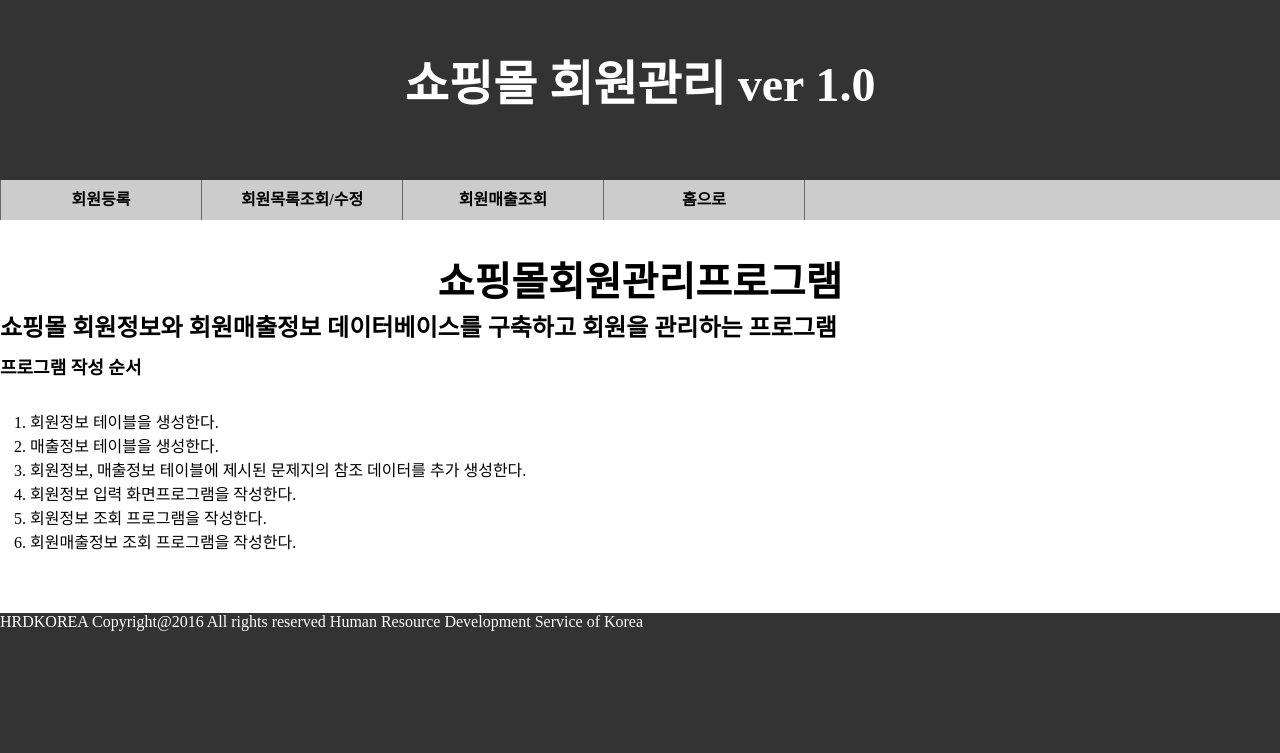
Repository: jsky1234/NCS
Page: http://localhost/HRD_1/admin.jsp
These files come from the project's save history. The page is drawn as it stood at one moment and after the next save; the edit follows.
The browser window is 1280 px wide. The pictures show the whole page.
The page is served by Tomcat 9.

Above is the page before, as saved 2020-11-09 02:39:53.

After the next save:
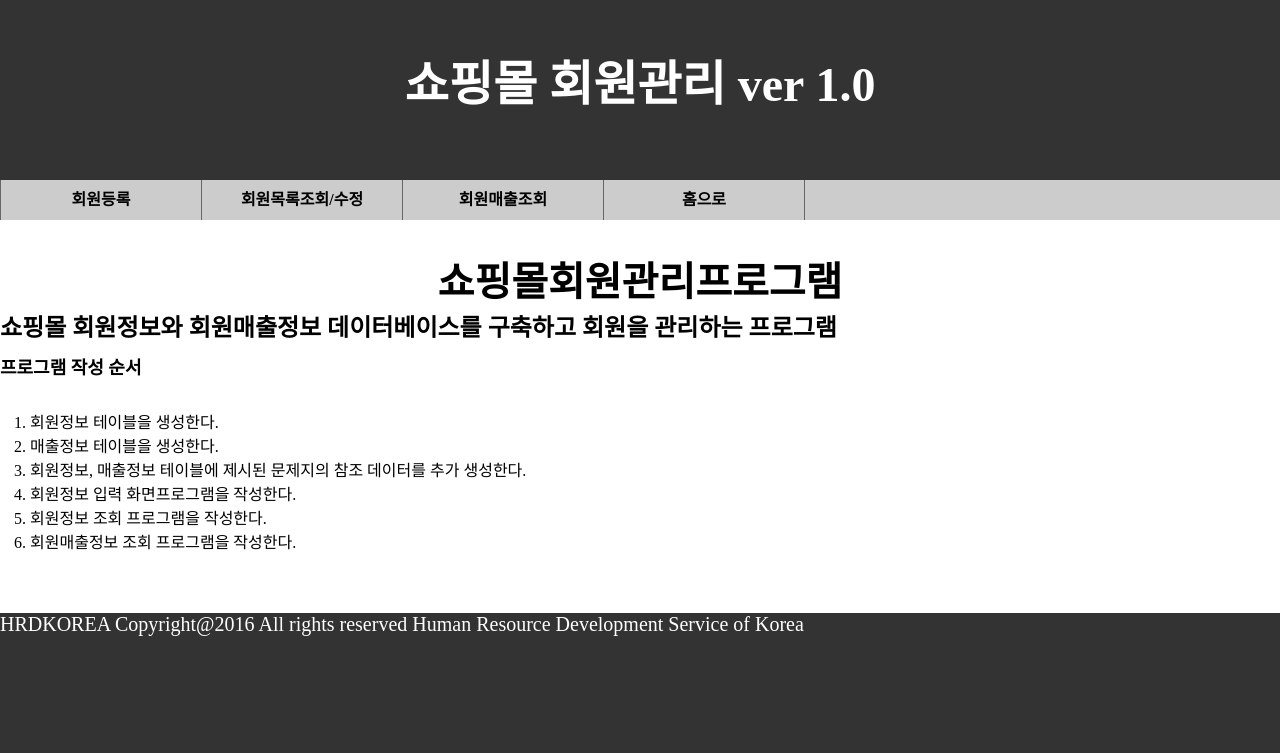
Saved 12 s later.
--- a/ncs1/HRD_1/WebContent/admin.jsp
+++ b/ncs1/HRD_1/WebContent/admin.jsp
@@ -27,7 +27,7 @@ ol { padding: 30px; }
 .item_tit2 { font-size: 18px; margin-top: 10px;}
 
 .ft { clear: both; width: 100%; min-height:80px; height: 140px; margin: 0 auto; background-color: #333; }
-.copyright { color: #fff;}
+.copyright { color: #fff; font-size: 20px}
 
 </style>
 </head>
